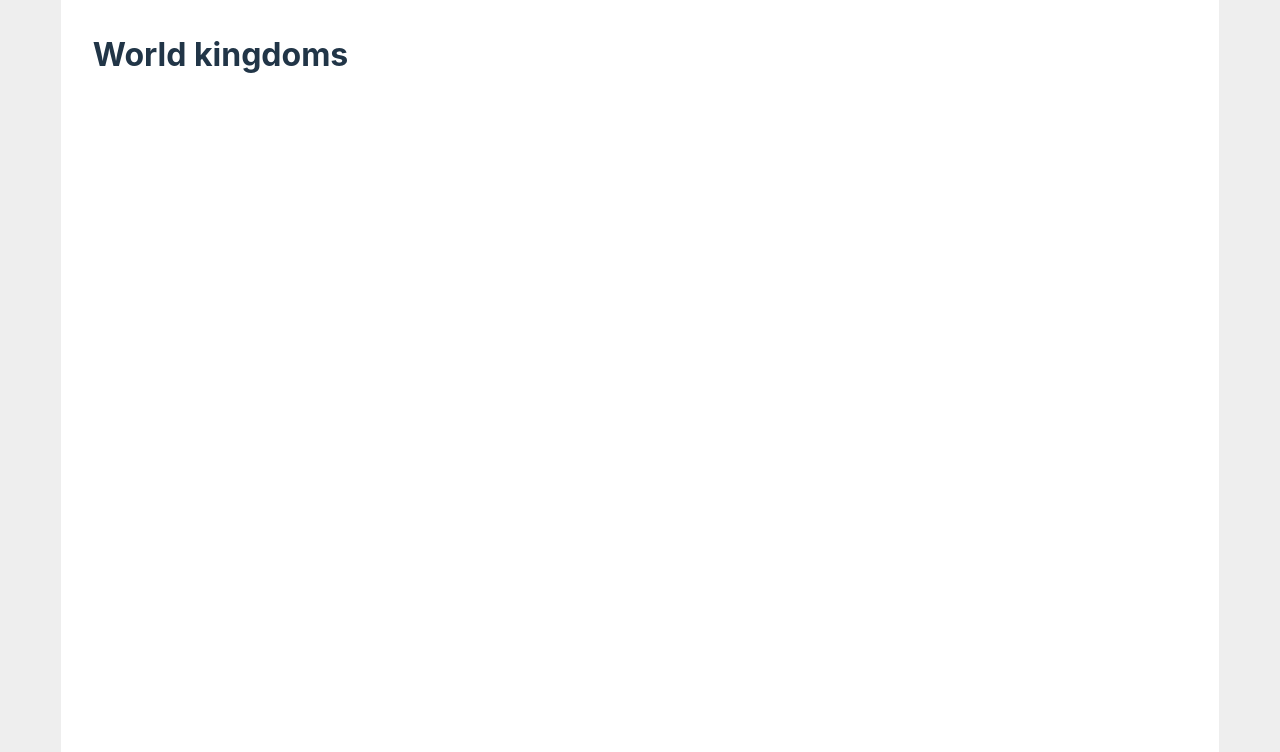
Repository: SamanthaYan298/my_world_kingdoms
Page: /
The author's editor kept a copy of each file at every save. The page is drawn from the files as they stood at one save, then again after the next save.
The browser window is 1280 px wide. The pictures show the whole page.
The page's requests for data from a server got no answer. The project was rebuilt for these pictures with package versions that can differ from the ones it lists, and the page was loaded fresh each time. No one was signed in, and anything a server would have sent is missing. Also part of the build but not shown: vite.config.js.

Above is the page before, as saved 2024-11-20 18:05:55.

After the next save:
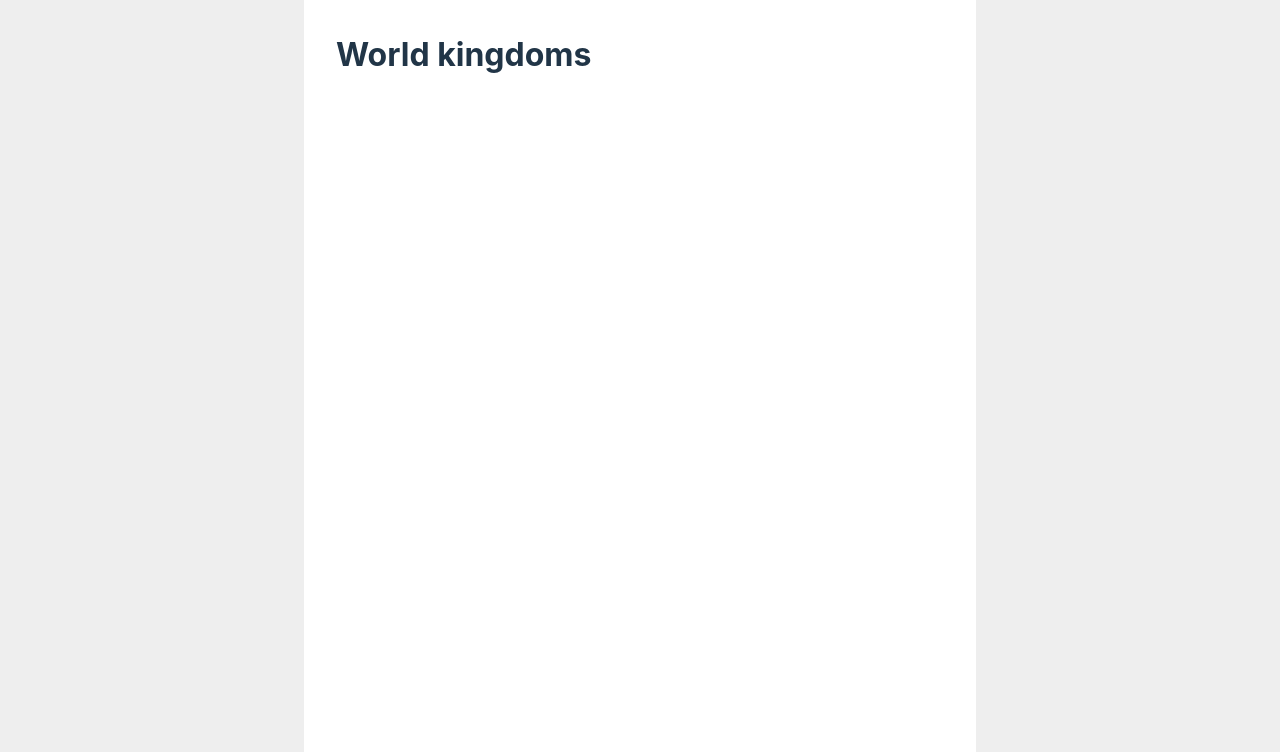
Saved 13 s later.
--- a/src/App.css
+++ b/src/App.css
@@ -20,7 +20,7 @@ h1 {
 }
 
 .countries {
-  width: 90%;
+  width: 50%;
   background: #fff;
   margin: 0 auto;
   padding: 1em 2em;
